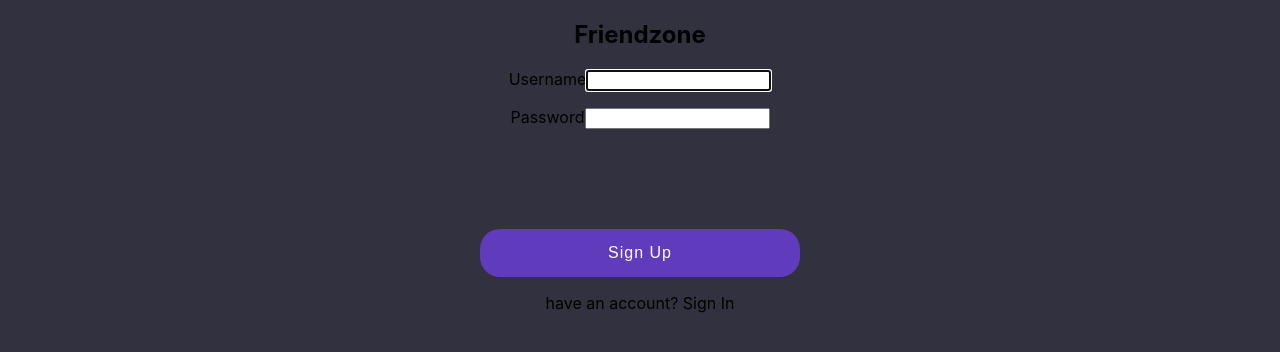
Repository: DerickT02/friend-zone
Page: /
The author's editor kept a copy of each file at every save. The page is drawn from the files as they stood at one save, then again after the next save.
The browser window is 1280 px wide. The pictures show the whole page.
The project was rebuilt for these pictures with package versions that can differ from the ones it lists, and the page was loaded fresh each time. Also part of the build but not shown: src/Appreducer.js, src/GlobalState.js, src/Post.js, src/Homepage.js, src/fire.js.

Above is the page before, as saved 2021-07-07 07:39:44.

After the next save:
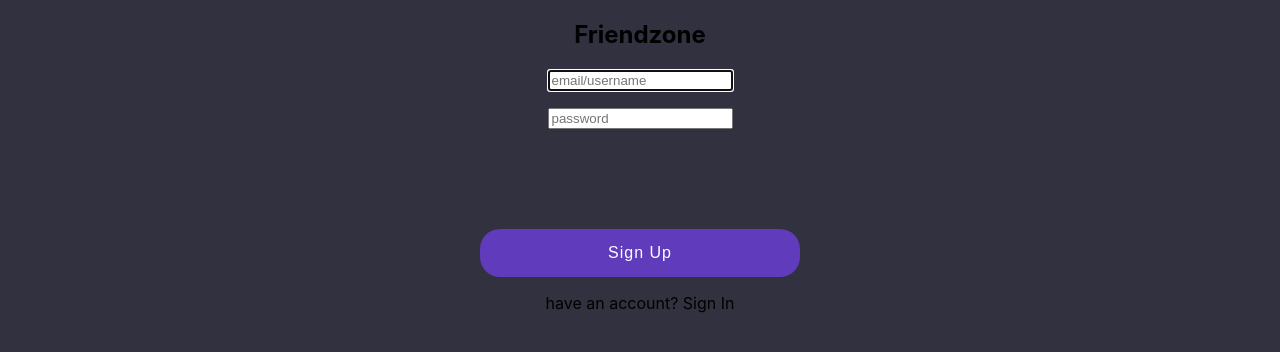
Saved 4 min 6 s later.
--- a/src/Login.js
+++ b/src/Login.js
@@ -10,11 +10,11 @@ const Login = (props) => {
 
 <h1>Friendzone</h1>
 
-<label>Username</label>
-<input type ="text" autoFocus required value = {email} onChange={(e) => setEmail(e.target.value)}/>
+
+<input placeholder = 'email/username' type ="text" autoFocus required value = {email} onChange={(e) => setEmail(e.target.value)}/>
 <p className ="errorMsg">{emailError}</p>
-<label>Password</label>
-<input type ="password" required value = {password} onChange={(e) => setPassword(e.target.value)} />
+
+<input placeholder = 'password' type ="password" required value = {password} onChange={(e) => setPassword(e.target.value)} />
 <p className = "errorMsg">{passwordError}</p>
 <div className="btnContainer">
 
--- a/src/Login.css
+++ b/src/Login.css
@@ -1,5 +1,9 @@
 * {
   box-sizing: border-box;
+}
+
+.login{
+
 }
 
 
